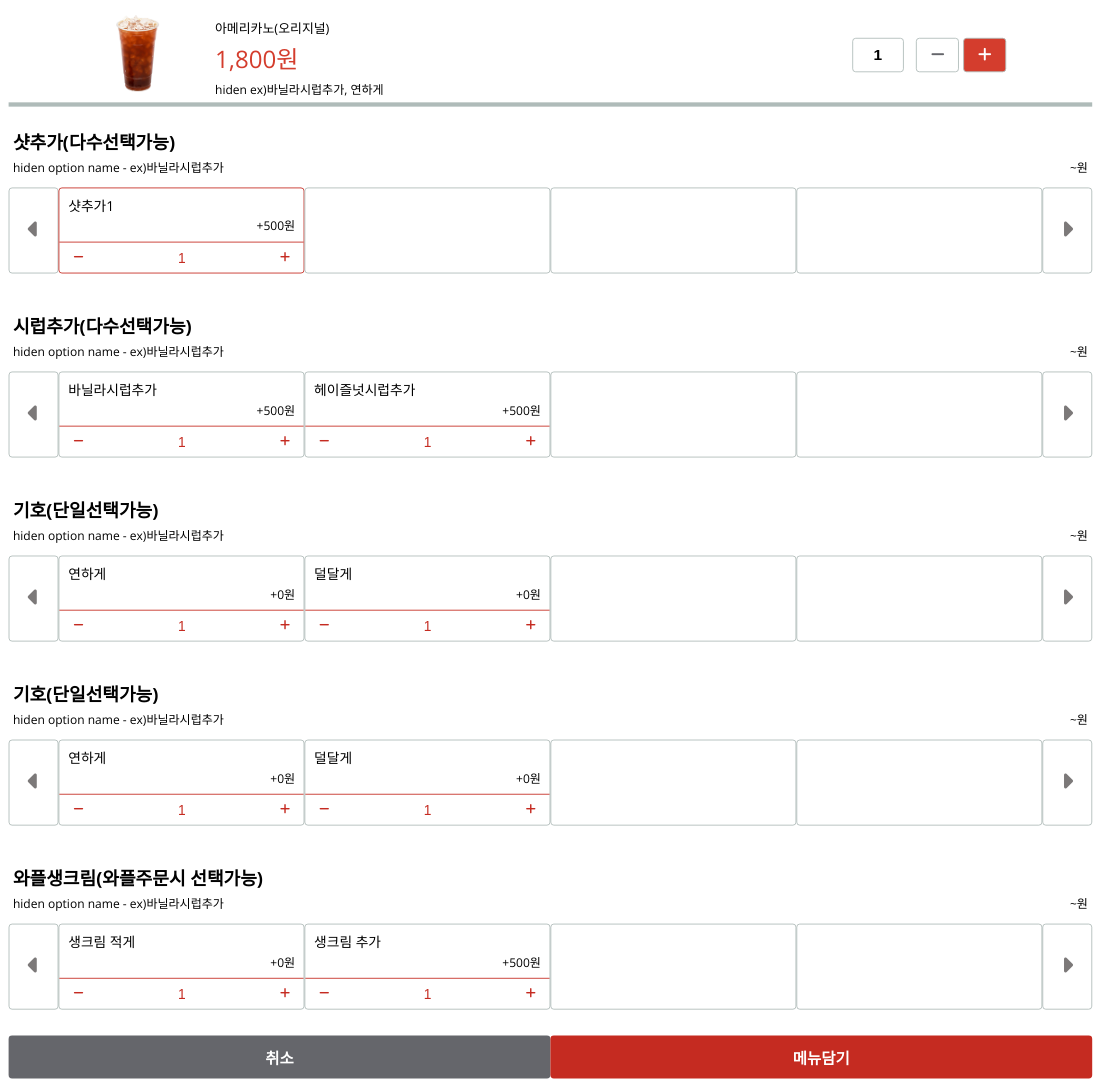
Repository: leebo-ram/tripleacoffee
Page: popup/options.html
These files come from the project's save history. The page is drawn as it stood at one moment and after the next save; the edit follows.
The browser window is 1280 px wide. The pictures show the whole page, at 86% of full size.
Some web libraries are served in a nearby version.

Above is the page before, as saved 2023-01-01 00:12:19.

After the next save:
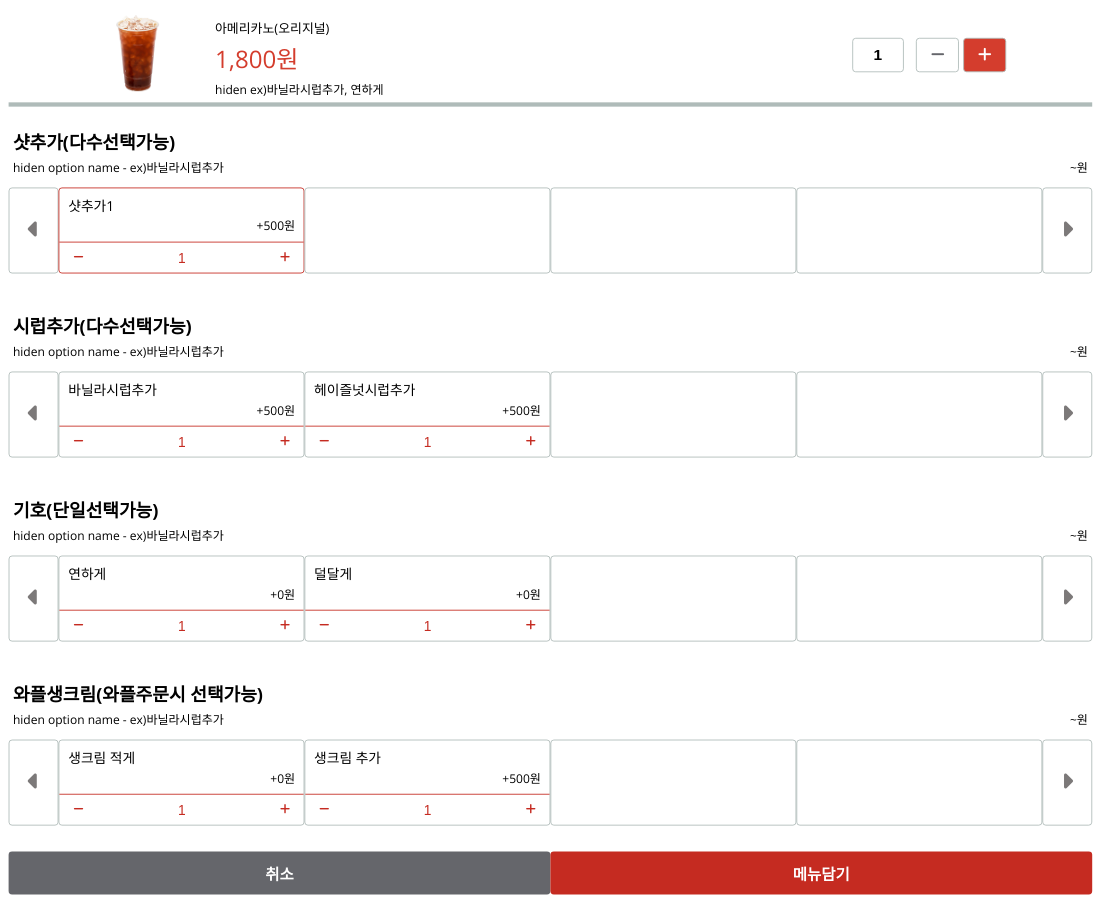
Saved 42 s later.
--- a/popup/options.html
+++ b/popup/options.html
@@ -358,110 +358,6 @@
   </section>
 
 
-
-
-
-  <section id="options">
-    <div class="option__discription">
-      <h3 class="option__text">기호(단일선택가능)</h3>
-      <ul class="option__text__hiden">
-        <li class="nonSelect__hiden">hiden option name - ex)바닐라시럽추가</li>
-        <li class="nonSelect__hiden"> ~원</li>
-      </ul>
-    </div>
-
-    <div class="prod-buy__quantity">
-      <!-- arrow Btn -->
-      <button class="options__arrow__left">
-        <i class="fas fa-caret-left"></i>
-      </button>
-      <button class="options__arrow__right">
-        <i class="fas fa-caret-right"></i>
-      </button>
-
-      <div class="prod-quantity__form">
-        <p class="quantity__biscriptipn">연하게</p>
-        <p class="quantity__price">+0원</p>
-
-        <!-- 옵션 수량 증감Btn -->
-        <div class="option__plusMinus">
-          <input type="text" value="1" maxlength="2" autocomplete="off">
-
-          <!-- plus botton -->
-          <button class="prod-quantity__plus" type="button">
-            <i class="fas fa-plus"></i>
-          </button>
-
-          <!-- minus botton -->
-          <button class="prod-quantity__minus" type="button">
-            <i class="fas fa-minus"></i>
-          </button>
-        </div>
-      </div>
-
-      <div class="prod-quantity__form">
-        <p class="quantity__biscriptipn ">덜달게</p>
-        <p class="quantity__price">+0원</p>
-
-        <!-- 옵션 수량 증감Btn -->
-        <div class="option__plusMinus">
-          <input type="text" value="1" maxlength="2" autocomplete="off">
-
-          <!-- plus botton -->
-          <button class="prod-quantity__plus" type="button">
-            <i class="fas fa-plus"></i>
-          </button>
-
-          <!-- minus botton -->
-          <button class="prod-quantity__minus" type="button">
-            <i class="fas fa-minus"></i>
-          </button>
-        </div>
-      </div>
-
-      <div class="prod-quantity__form">
-        <!-- <p class="quantity__biscriptipn ">샷추가3</p>
-              <p class="quantity__price">+500원</p> -->
-
-        <!-- 옵션 수량 증감Btn -->
-        <!-- <div class="option__plusMinus ">
-                <input type="text" value="1" maxlength="2" autocomplete="off"> -->
-
-        <!-- plus botton -->
-        <!-- <button class="prod-quantity__plus" type="button">
-                  <i class="fas fa-plus"></i>
-                </button> -->
-
-        <!-- minus botton -->
-        <!-- <button class="prod-quantity__minus" type="button">
-                  <i class="fas fa-minus"></i>
-                </button>
-              </div> -->
-      </div>
-
-      <div class="prod-quantity__form">
-        <!-- <p class="quantity__biscriptipn">샷추가4</p>
-              <p class="quantity__price">+500원</p> -->
-
-        <!-- 옵션 수량 증감Btn -->
-        <!-- <div class="option__plusMinus">
-                <input type="text" value="1" maxlength="2" autocomplete="off"> -->
-
-        <!-- plus botton -->
-        <!-- <button class="prod-quantity__plus" type="button">
-                  <i class="fas fa-plus"></i>
-                </button> -->
-
-        <!-- minus botton -->
-        <!-- <button class="prod-quantity__minus" type="button">
-                  <i class="fas fa-minus"></i>
-                </button>
-              </div> -->
-      </div>
-    </div>
-  </section>
-
-
   <!-- 옵션사항_기호(단일선택):와플생크림 적게 -->
   <section id="options">
     <div class="option__discription">
